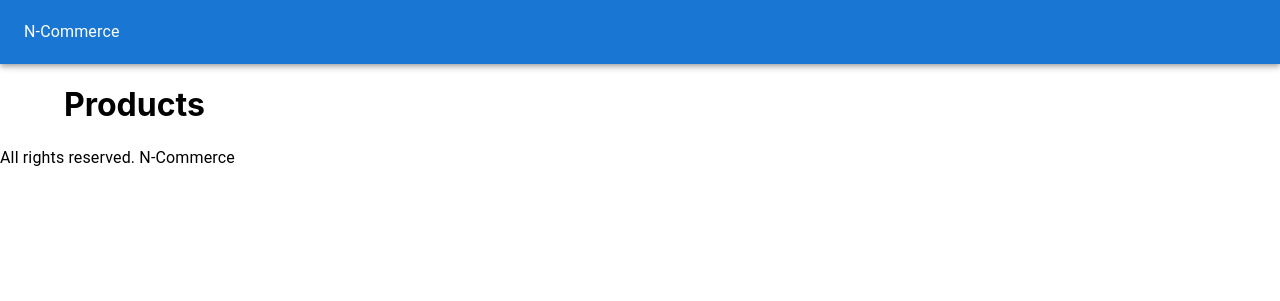
Repository: AK0493/Next-Commerce
Page: /
These files come from the project's save history. The page is drawn as it stood at one moment and after the next save; the edit follows.
The browser window is 1280 px wide. The pictures show the whole page.
The project was rebuilt for these pictures with package versions that can differ from the ones it lists, and the page was loaded fresh each time. The framework's server and built-in components were replaced by stand-ins that run in the browser. Also part of the build but not shown: next.config.js, styles/Home.module.css.

Above is the page before, as saved 2022-02-03 16:07:40.

### pages/index.js
import Head from 'next/head';
import Image from 'next/image';
import Layout from '../components/Layout';
import styles from '../styles/Home.module.css';

export default function Home() {
  return (
    <Layout>
      <h1>Products</h1>
    </Layout>
  );
}

### components/Layout.js
import { AppBar, Container, Toolbar, Typography } from '@mui/material';
import Head from 'next/head';
import React from 'react';

export default function Layout({ children }) {
  return (
    <div>
      <Head>
        <title>Next-Commerce</title>
      </Head>
      <AppBar position="static">
        <Toolbar>
          <Typography>N-Commerce</Typography>
        </Toolbar>
      </AppBar>
      <Container>{children}</Container>
      <footer>
        <Typography>All rights reserved. N-Commerce</Typography>
      </footer>
    </div>
  );
}

Loaded but not shown: pages/_app.js (common file); styles/globals.css (common file)

After the next save:
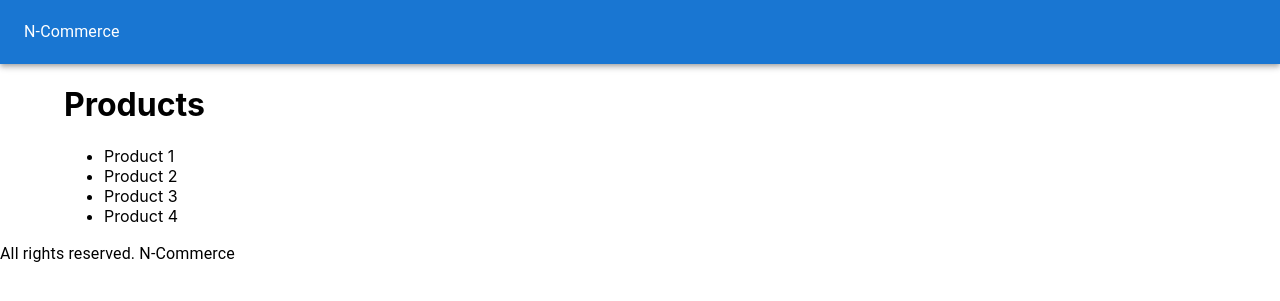
Saved 64 s later.
--- a/pages/index.js
+++ b/pages/index.js
@@ -7,6 +7,12 @@
   return (
     <Layout>
       <h1>Products</h1>
+      <ul>
+        <li>Product 1</li>
+        <li>Product 2</li>
+        <li>Product 3</li>
+        <li>Product 4</li>
+      </ul>
     </Layout>
   );
 }
